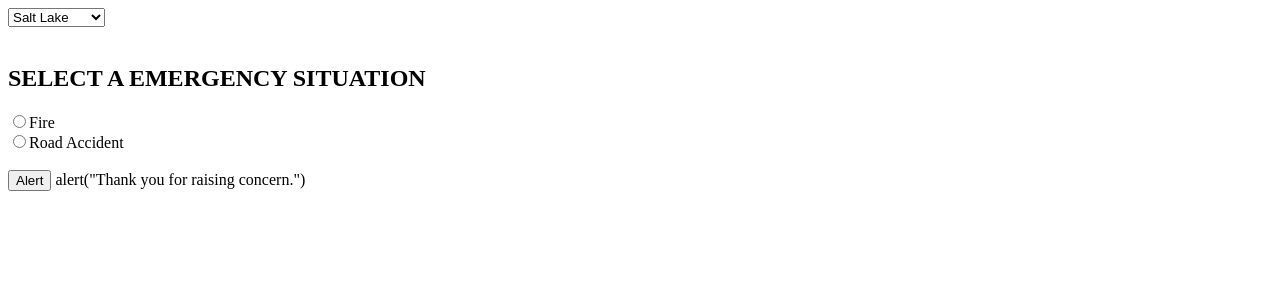
Repository: jeetlovely/ems
Page: EmergencyManagement/WebContent/userpage.html
These files come from the project's save history. The page is drawn as it stood at one moment and after the next save; the edit follows.
The browser window is 1280 px wide. The pictures show the whole page.

Above is the page before, as saved 2018-04-29 16:28:07.

### EmergencyManagement/WebContent/userpage.html
<!DOCTYPE html>
<html>
<head>
<meta charset="ISO-8859-1">
<title>Insert title here</title>
</head>
<body>

<form action="Acknowledgement">
<select name="location">
  <option value="22.579956,88.437950">Salt Lake</option>
  <option value="22.5170,88.3658">Gariahat</option>
  <option value="22.5982,88.3687">Shyambazar</option>
</select> <br><br>
<h2>SELECT A EMERGENCY SITUATION</h2>
<input type="radio" name="accidentType" value="msp101">Fire<br>
<input type="radio" name="accidentType" value="msp102">Road Accident<br><br>

<input type="submit" value="Alert">

alert("Thank you for raising concern.")

</form>

</body>
</html>

After the next save:
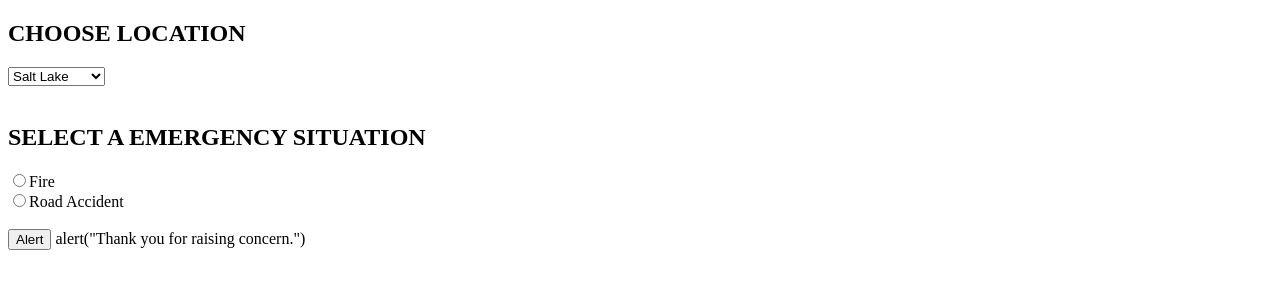
Saved 2 min 12 s later.
--- a/EmergencyManagement/WebContent/userpage.html
+++ b/EmergencyManagement/WebContent/userpage.html
@@ -7,6 +7,7 @@
 <body>
 
 <form action="Acknowledgement">
+<h2>CHOOSE LOCATION</h2>
 <select name="location">
   <option value="22.579956,88.437950">Salt Lake</option>
   <option value="22.5170,88.3658">Gariahat</option>
